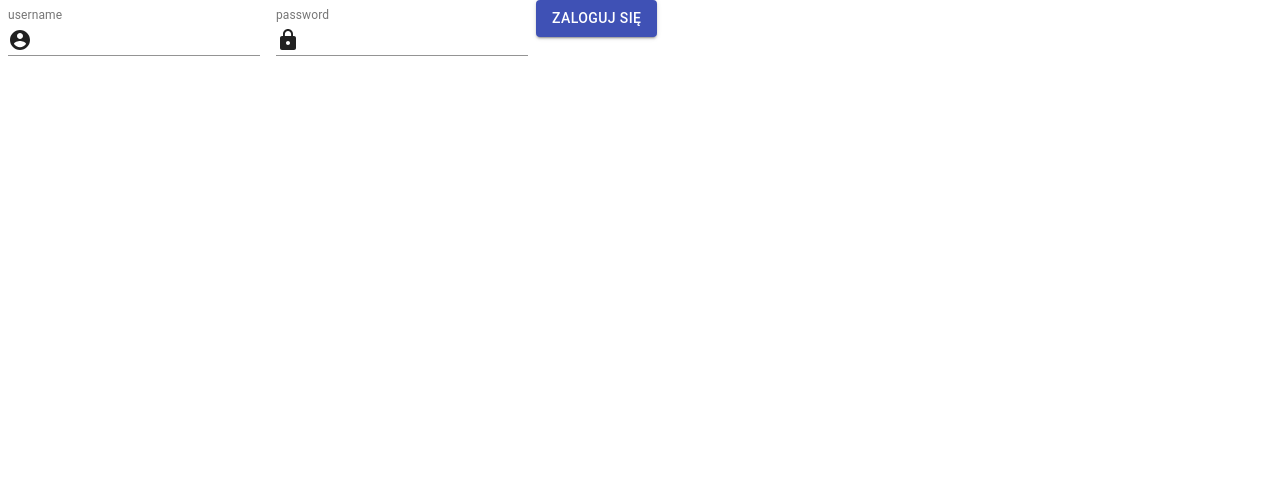
Repository: pgruca96/HappitsChanger
Page: /
An editor plug-in stored every save of this project. The page is shown before and after a run of saves, followed by the edit.
The browser window is 1280 px wide. The pictures show the whole page.
The project was rebuilt for these pictures with package versions that can differ from the ones it lists, and the page was loaded fresh each time. Also part of the build but not shown: src/App.css.

Above is the page before, as saved 2020-10-23 22:53:42.

### src/App.js
import "./App.css";
import { BrowserRouter as Router, Route } from "react-router-dom";
import loginForm from "./containers/index";

const App = () => {
  return (
    <Router>
      <Route path="/" exact component={loginForm} />
    </Router>
  );
};

export default App;

### src/containers/index.js
import React from "react";
import { makeStyles } from "@material-ui/core/styles";
import TextField from "@material-ui/core/TextField";
import InputAdornment from "@material-ui/core/InputAdornment";
import AccountCircle from "@material-ui/icons/AccountCircle";
import LockIcon from "@material-ui/icons/Lock";
import Button from "@material-ui/core/Button";

const useStyles = makeStyles((theme) => ({
  margin: {
    margin: theme.spacing(1),
  },
}));

const LoginForm = () => {
  const classes = useStyles();
  return (
    <form>
      <TextField
        className={classes.margin}
        id="username"
        label="username"
        InputProps={{
          startAdornment: (
            <InputAdornment position="start">
              <AccountCircle />
            </InputAdornment>
          ),
        }}
      />
      <TextField
        className={classes.margin}
        id="password"
        label="password"
        InputProps={{
          startAdornment: (
            <InputAdornment position="start">
              <LockIcon />
            </InputAdornment>
          ),
        }}
      />
      <Button variant="contained" color="primary">
        Zaloguj się
      </Button>
    </form>
  );
};

export default LoginForm;

Loaded but not shown: public/index.html (common file); src/index.js (common file); src/index.css (common file); src/reportWebVitals.js (common file)

After the next 2 saves:
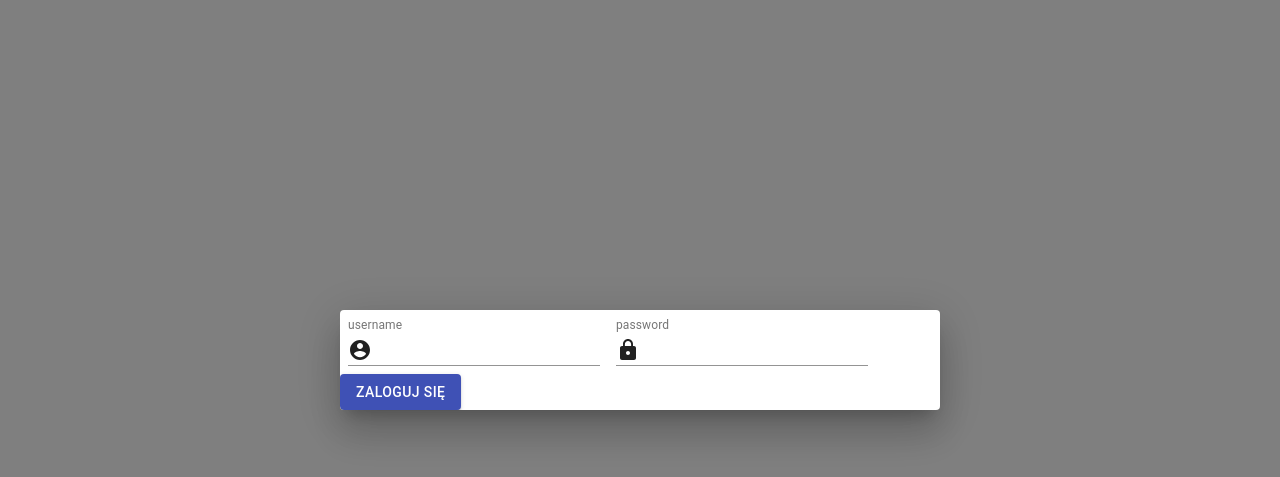
The 2 saves are shown as one change because 1 did not build or start.
The last was saved 6 min 41 s later.
--- a/src/containers/index.js
+++ b/src/containers/index.js
@@ -5,6 +5,7 @@ import InputAdornment from "@material-ui/core/InputAdornment";
 import AccountCircle from "@material-ui/icons/AccountCircle";
 import LockIcon from "@material-ui/icons/Lock";
 import Button from "@material-ui/core/Button";
+import Dialog from "@material-ui/core/Dialog";
 
 const useStyles = makeStyles((theme) => ({
   margin: {
@@ -15,35 +16,41 @@ const useStyles = makeStyles((theme) => ({
 const LoginForm = () => {
   const classes = useStyles();
   return (
-    <form>
-      <TextField
-        className={classes.margin}
-        id="username"
-        label="username"
-        InputProps={{
-          startAdornment: (
-            <InputAdornment position="start">
-              <AccountCircle />
-            </InputAdornment>
-          ),
-        }}
-      />
-      <TextField
-        className={classes.margin}
-        id="password"
-        label="password"
-        InputProps={{
-          startAdornment: (
-            <InputAdornment position="start">
-              <LockIcon />
-            </InputAdornment>
-          ),
-        }}
-      />
-      <Button variant="contained" color="primary">
-        Zaloguj się
-      </Button>
-    </form>
+    <Dialog
+      //   onClose={handleClose}
+      aria-labelledby="simple-dialog-title"
+      open={true}
+    >
+      <form>
+        <TextField
+          className={classes.margin}
+          id="username"
+          label="username"
+          InputProps={{
+            startAdornment: (
+              <InputAdornment position="start">
+                <AccountCircle />
+              </InputAdornment>
+            ),
+          }}
+        />
+        <TextField
+          className={classes.margin}
+          id="password"
+          label="password"
+          InputProps={{
+            startAdornment: (
+              <InputAdornment position="start">
+                <LockIcon />
+              </InputAdornment>
+            ),
+          }}
+        />
+        <Button variant="contained" color="primary">
+          Zaloguj się
+        </Button>
+      </form>
+    </Dialog>
   );
 };
 
